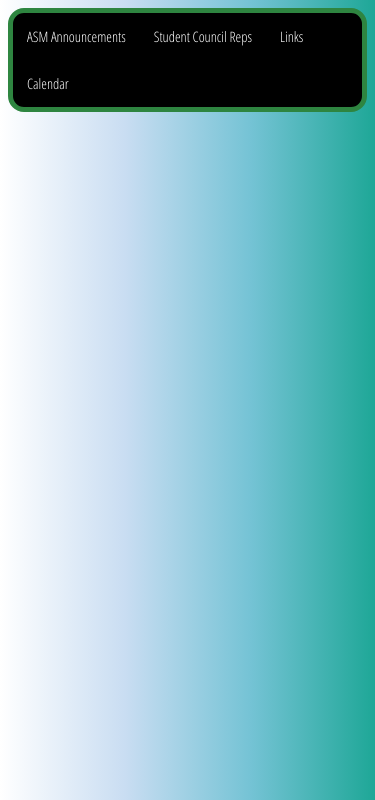
Repository: thecptwaffles/stu-co
Page: index.html
These files come from the project's save history. The page is drawn as it stood at one moment and after the next save; the edit follows.
The browser window is 375 px wide. The pictures show the whole page.

Above is the page before, as saved 2021-12-04 16:26:21.
Console error: TypeError: Cannot set properties of null (setting 'innerHTML')

After the next save:
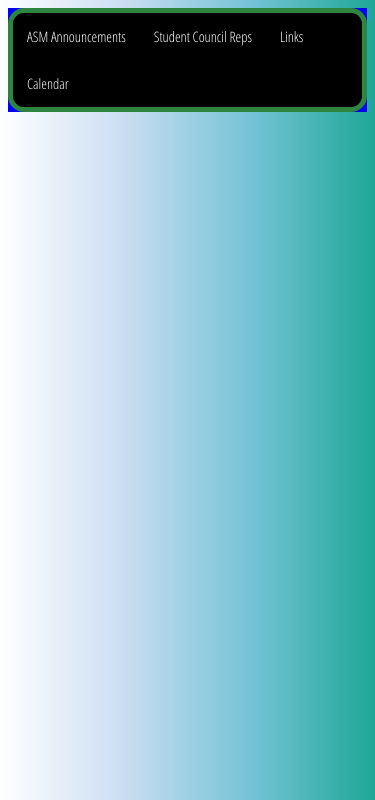
Saved 47 s later.
--- a/style.css
+++ b/style.css
@@ -42,8 +42,8 @@ h1 {
     background-color: #292929;
 }
 
-@media screen and (max-width: 400px) {
-  :root {
-    background-color: black;
+@media screen and (max-width: 992px) {
+  body {
+    background-color: blue;
   }
 }
